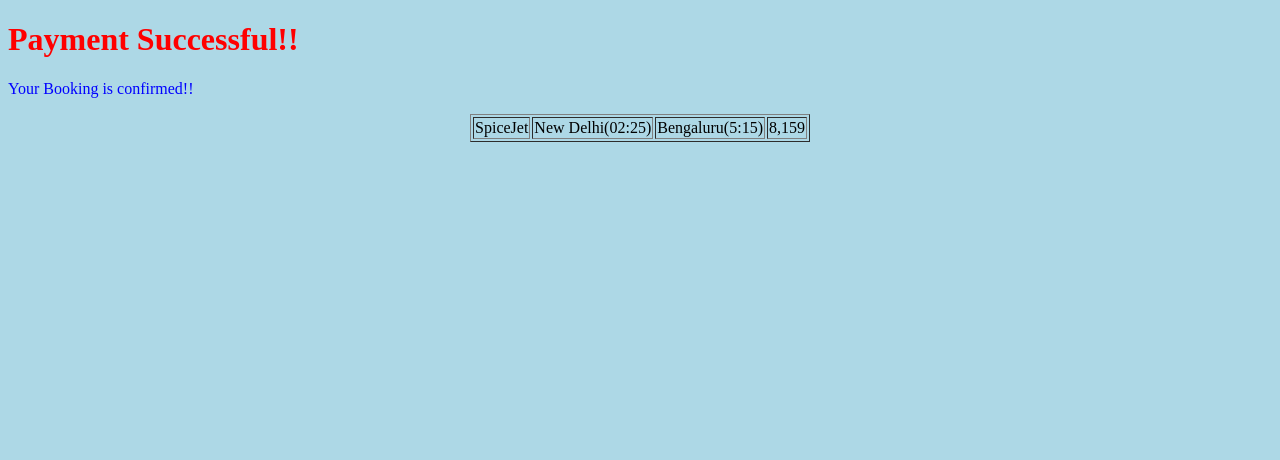
Repository: KanimozhiThandapani/Phase2AirlineBookingProject
Page: http://localhost/AirlineBooking/paymentPage.jsp
An editor plug-in stored every save of this project. The page is shown before and after the next save, followed by the edit.
The browser window is 1280 px wide. The pictures show the whole page.
The page is served by Tomcat 9. Other server files are loaded and not shown.

Above is the page before, as saved 2022-04-26 09:20:10.

### AirlineBooking/WebContent/paymentPage.jsp
<%@ page language="java" contentType="text/html; charset=ISO-8859-1"
    pageEncoding="ISO-8859-1"%>
<!DOCTYPE html>
<html lang="en">
<head>
  <style>
h1 {color:red;}
p {color:blue;}
</style>
</head>
<body style="background-color:lightblue;">

<h1>Payment Successful!!</h1>
<p>Your Booking is confirmed!!</p>

<table align="center" border="1">
   <tr>
					<td>SpiceJet</td>
					<td>New Delhi(02:25)</td>
					<td>Bengaluru(5:15)</td>
					<td>8,159</td>
				</tr>


   </table>

</body>
</html>

After the next save:
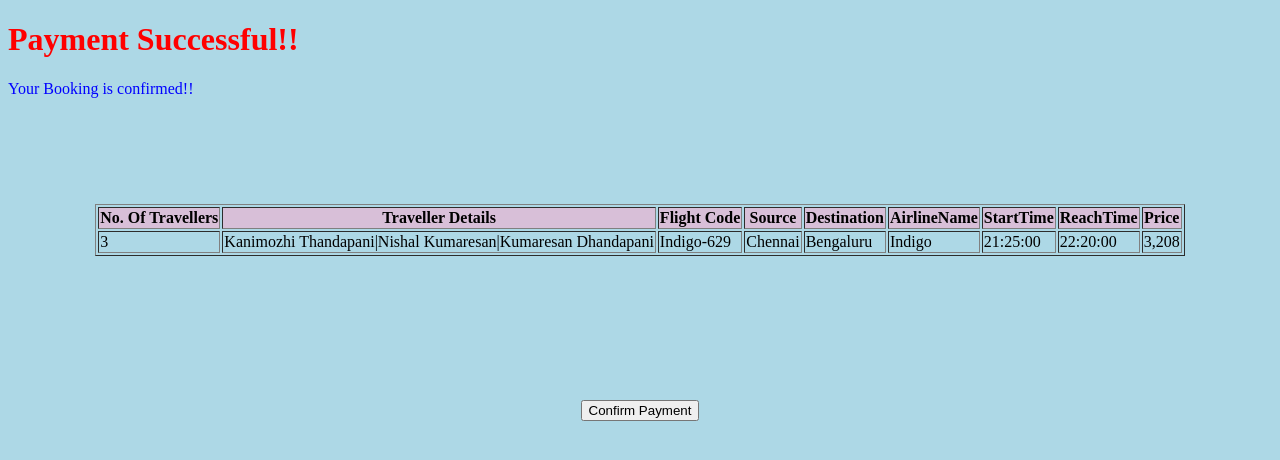
Saved 61 s later.
--- a/AirlineBooking/WebContent/paymentPage.jsp
+++ b/AirlineBooking/WebContent/paymentPage.jsp
@@ -13,16 +13,42 @@ p {color:blue;}
 <h1>Payment Successful!!</h1>
 <p>Your Booking is confirmed!!</p>
 
-<table align="center" border="1">
+<div align="center">
+		<form action="paymentPage" method="get">
+
+   <br> <br> <br> <br> <br>
+   <table align="center" border="1">
+   <tr bgcolor="thistle" >
+          <th><b>No. Of Travellers</b></th>
+          <th><b>Traveller Details</b></th>
+          <th><b>Flight Code</b></th>
+          <th><b>Source</b></th>
+          <th><b>Destination</b></th>
+          <th><b>AirlineName</b></th>
+          <th><b>StartTime</b></th>
+          <th><b>ReachTime</b></th>
+          <th><b>Price</b></th>
+    </tr>
+
    <tr>
-					<td>SpiceJet</td>
-					<td>New Delhi(02:25)</td>
-					<td>Bengaluru(5:15)</td>
-					<td>8,159</td>
-				</tr>
+                    <td>3</td>
+                    <td>Kanimozhi Thandapani|Nishal Kumaresan|Kumaresan Dhandapani</td>
+                    <td>Indigo-629</td>
+					<td>Chennai</td>
+					<td>Bengaluru</td>
+					<td>Indigo</td>
+					<td>21:25:00</td>
+					<td>22:20:00</td>
+					<td>3,208</td>
+	</tr>
+
+	</table>
+	                <br>  <br>  <br>  <br> <br>  <br>  <br>  <br>
+					<input type="submit" value="Confirm Payment">
 
 
-   </table>
+   </form>
+   </div>
 
 </body>
 </html>
